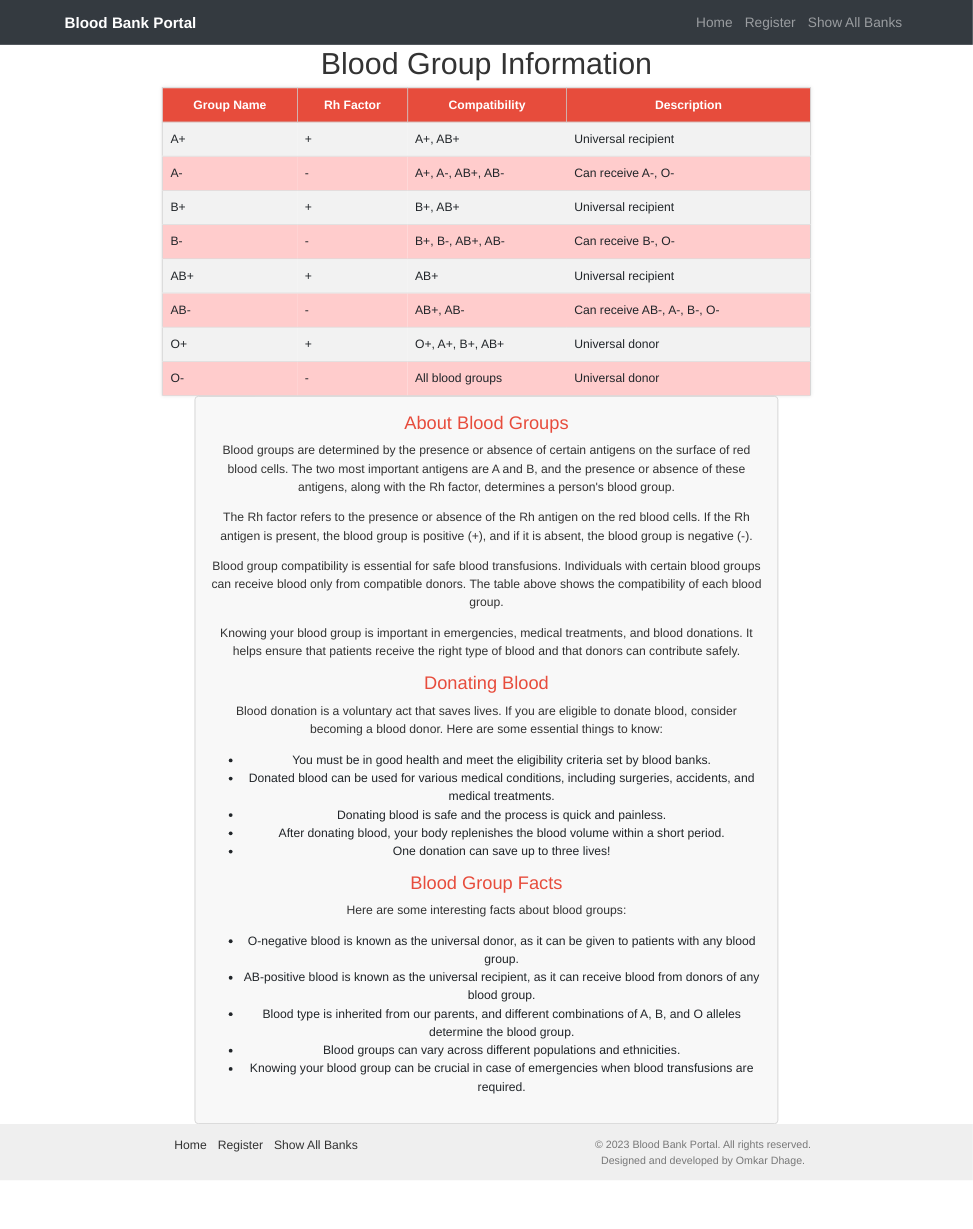
Repository: omi4535/Decentralized_Blood_Bank_System
Page: http://localhost/blood_bank_system/blood_groups_info.jsp
These files come from the project's save history. The page is drawn as it stood at one moment and after the next save; the edit follows.
The browser window is 1280 px wide. The pictures show the whole page, at 76% of full size.
Some web libraries are served in a nearby version. The page is served by Tomcat 9. Other server files are loaded and not shown.

Above is the page before, as saved 2023-07-04 19:54:28.

### blood bank system/src/main/webapp/blood_groups_info.jsp
<%@ page language="java" contentType="text/html; charset=UTF-8"
	pageEncoding="UTF-8"%>
<!DOCTYPE html>
<html>
<head>
<title>Blood Group Information</title>
<style>
body {
	font-family: Arial, sans-serif;
	margin: 20px;
	background-color: #f2f2f2;
}

h1 {
	text-align: center;
	color: #333;
}

table {
	text-align: center;
	width: 66.67%;
	margin: auto;
	border-collapse: collapse;
	margin-top: 20px;
	background-color: #fff;
	box-shadow: 0 0 5px rgba(0, 0, 0, 0.1);
}

th, td {
	padding: 10px;
	text-align: left;
	border-bottom: 1px solid #ddd;
}

th {
	background-color: #f5f5f5;
	font-weight: bold;
	color: #333;
}

.info-section {
	margin-top: 30px;
	padding: 20px;
	background-color: #fff;
	box-shadow: 0 0 5px rgba(0, 0, 0, 0.1);
}

.info-section h2 {
	color: #333;
	margin-bottom: 10px;
}

.info-section p {
	color: #666;
	line-height: 1.5;
}

table {
	width: 66.67%;
	margin: 0 auto;
	border-collapse: collapse;
}

th {
	background-color: #E74C3C; /* Red color for table header */
	color: #FFFFFF; /* White text color for table header */
	text-align: center;
	padding: 10px;
	border: 1px solid #CCCCCC;
}

tr {
	background-color: #ffcccc;
	text-align: center;
	padding: 10px;
	border: 1px solid #CCCCCC;
	/* Light gray border color for table cells */
}

tr:nth-child(even) {
	background-color: #F2F2F2;
	/* Light gray background color for even rows */
}

tr:hover {
	background-color: #ff4d4d;
	/* Yellow background color for hover effect on rows */
}

.info-container {
	width: 60%;
	margin: 0 auto;
	text-align: center;
	background-color: #F8F8F8;
	padding: 20px;
	border: 1px solid #CCCCCC;
	border-radius: 5px;
}

.info-container h2 {
	color: #E74C3C;
	font-size: 24px;
	margin-bottom: 10px;
}

.info-container p {
	color: #333333;
	font-size: 16px;
	line-height: 1.5;
}
</style>
</head>
<body>
	<%@ include file="NavBar.jsp"%>
	<h1>Blood Group Information</h1>

	<table>
		<tr>
			<th>Group Name</th>
			<th>Rh Factor</th>
			<th>Compatibility</th>
			<th>Description</th>
		</tr>
		<tr>
			<td>A+</td>
			<td>+</td>
			<td>A+, AB+</td>
			<td>Universal recipient</td>
		</tr>
		<tr>
			<td>A-</td>
			<td>-</td>
			<td>A+, A-, AB+, AB-</td>
			<td>Can receive A-, O-</td>
		</tr>
		<tr>
			<td>B+</td>
			<td>+</td>
			<td>B+, AB+</td>
			<td>Universal recipient</td>
		</tr>
		<tr>
			<td>B-</td>
			<td>-</td>
			<td>B+, B-, AB+, AB-</td>
			<td>Can receive B-, O-</td>
		</tr>
		<tr>
			<td>AB+</td>
			<td>+</td>
			<td>AB+</td>
			<td>Universal recipient</td>
		</tr>
		<tr>
			<td>AB-</td>
			<td>-</td>
			<td>AB+, AB-</td>
			<td>Can receive AB-, A-, B-, O-</td>
		</tr>
		<tr>
			<td>O+</td>
			<td>+</td>
			<td>O+, A+, B+, AB+</td>
			<td>Universal donor</td>
		</tr>
		<tr>
			<td>O-</td>
			<td>-</td>
			<td>All blood groups</td>
			<td>Universal donor</td>
		</tr>
	</table>

	<div class="info-container">
		<h2>About Blood Groups</h2>
		<p>Blood groups are determined by the presence or absence of
			certain antigens on the surface of red blood cells. The two most
			important antigens are A and B, and the presence or absence of these
			antigens, along with the Rh factor, determines a person's blood
			group.</p>
		<p>The Rh factor refers to the presence or absence of the Rh
			antigen on the red blood cells. If the Rh antigen is present, the
			blood group is positive (+), and if it is absent, the blood group is
			negative (-).</p>
		<p>Blood group compatibility is essential for safe blood
			transfusions. Individuals with certain blood groups can receive blood
			only from compatible donors. The table above shows the compatibility
			of each blood group.</p>
		<p>Knowing your blood group is important in emergencies, medical
			treatments, and blood donations. It helps ensure that patients
			receive the right type of blood and that donors can contribute
			safely.</p>

		<h2>Donating Blood</h2>
		<p>Blood donation is a voluntary act that saves lives. If you are
			eligible to donate blood, consider becoming a blood donor. Here are
			some essential things to know:</p>
		<ul>
			<li>You must be in good health and meet the eligibility criteria
				set by blood banks.</li>
			<li>Donated blood can be used for various medical conditions,
				including surgeries, accidents, and medical treatments.</li>
			<li>Donating blood is safe and the process is quick and
				painless.</li>
			<li>After donating blood, your body replenishes the blood volume
				within a short period.</li>
			<li>One donation can save up to three lives!</li>
		</ul>
		<h2>Blood Group Facts</h2>
		<p>Here are some interesting facts about blood groups:</p>
		<ul>
			<li>O-negative blood is known as the universal donor, as it can
				be given to patients with any blood group.</li>
			<li>AB-positive blood is known as the universal recipient, as it
				can receive blood from donors of any blood group.</li>
			<li>Blood type is inherited from our parents, and different
				combinations of A, B, and O alleles determine the blood group.</li>
			<li>Blood groups can vary across different populations and
				ethnicities.</li>
			<li>Knowing your blood group can be crucial in case of
				emergencies when blood transfusions are required.</li>
		</ul>
	</div>
	<%@ include file="footer.jsp"%>
</body>
</html>

### blood bank system/src/main/webapp/NavBar.jsp
<%@ page language="java" contentType="text/html; charset=UTF-8"
    pageEncoding="UTF-8"%>
<!DOCTYPE html>
<html>
<head>
    <meta charset="UTF-8">
    <meta name="viewport" content="width=device-width, initial-scale=1.0">
    <title>Blood Bank Portal</title>
    <link rel="stylesheet" href="https://maxcdn.bootstrapcdn.com/bootstrap/4.5.2/css/bootstrap.min.css">
    <style>
        .navbar-brand {
            font-weight: bold;
        }

        .navbar-nav .nav-link {
            font-size: 18px;
        }
    </style>
</head>
<body>
    <nav class="navbar navbar-expand-lg navbar-dark bg-dark">
        <div class="container">
            <a class="navbar-brand" href="index.jsp">Blood Bank Portal</a>
            <button class="navbar-toggler" type="button" data-toggle="collapse" data-target="#navbarNav" aria-controls="navbarNav" aria-expanded="false" aria-label="Toggle navigation">
                <span class="navbar-toggler-icon"></span>
            </button>
            <div class="collapse navbar-collapse" id="navbarNav">
                <ul class="navbar-nav ml-auto">
                    <li class="nav-item">
                        <a class="nav-link" href="index.jsp">Home</a>
                    </li>
                    <li class="nav-item">
                        <a class="nav-link" href="registration.jsp">Register</a>
                    </li>
                    <li class="nav-item">
                        <a class="nav-link" href="/all_banks">Show All Banks</a>
                    </li>
                </ul>

            </div>
        </div>
    </nav>

</body>
</html>

### blood bank system/src/main/webapp/footer.jsp
<%@ page language="java" contentType="text/html; charset=UTF-8"
	pageEncoding="UTF-8"%>
<!DOCTYPE html>
<html lang="en">
<head>
<meta charset="UTF-8">
<meta name="viewport" content="width=device-width, initial-scale=1.0">
<title>Blood Bank Portal</title>
<link rel="stylesheet"
	href="https://maxcdn.bootstrapcdn.com/bootstrap/4.5.2/css/bootstrap.min.css">
<style>

*,
*:before,
*:after {
  -webkit-box-sizing: border-box;
  -moz-box-sizing:    border-box;
  box-sizing:         border-box;
}

html {
  height: 100%;
}

body {
  position: relative;
  margin: 0;
  padding-bottom: 4rem;
  min-height: 100%;
  font-family: "Helvetica Neue", Arial, sans-serif;
}

.footer {
	background-color: #f8f9fa;
	padding: 20px;
	position: relative;
	right: 0;
	bottom: 0;
	left: 0;
	padding: 1rem;
	background-color: #efefef;
	text-align: center;
}

.footer-links a {
	color: #333;
	margin-right: 10px;
}

.footer-info {
	color: #777;
	font-size: 14px;
}
</style>
</head>
<body>


	<footer class="footer">
		<div class="container">
			<div class="row">
				<div class="col-md-6">
					<div class="footer-links">
						<a href="index.jsp">Home</a>
						<a href="registration.jsp">Register</a>
						<a href="All_banks.jsp">Show All Banks</a>
					</div>
				</div>
				<div class="col-md-6">
					<div class="footer-info">
						&copy; 2023 Blood Bank Portal. All rights reserved. <br>
						Designed and developed by Omkar Dhage.
					</div>
				</div>
			</div>
		</div>
	</footer>

	<script src="https://code.jquery.com/jquery-3.5.1.slim.min.js"></script>
	<script
		src="https://cdn.jsdelivr.net/npm/@popperjs/core@1.16.0/dist/umd/popper.min.js"></script>
	<script
		src="https://maxcdn.bootstrapcdn.com/bootstrap/4.5.2/js/bootstrap.min.js"></script>
</body>
</html>

After the next save:
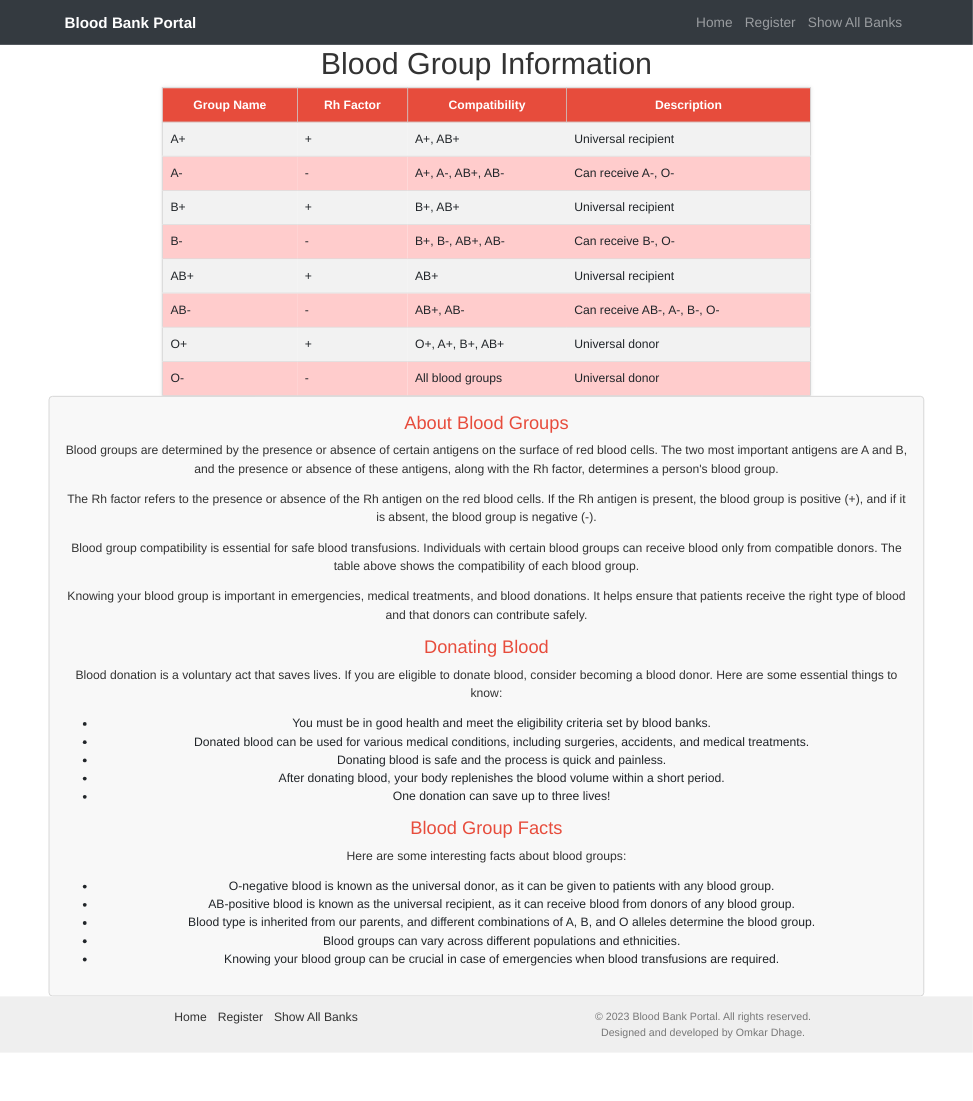
Saved 29 s later.
--- a/blood bank system/src/main/webapp/blood_groups_info.jsp
+++ b/blood bank system/src/main/webapp/blood_groups_info.jsp
@@ -88,7 +88,7 @@ tr:hover {
 }
 
 .info-container {
-	width: 60%;
+	width: 90%;
 	margin: 0 auto;
 	text-align: center;
 	background-color: #F8F8F8;
